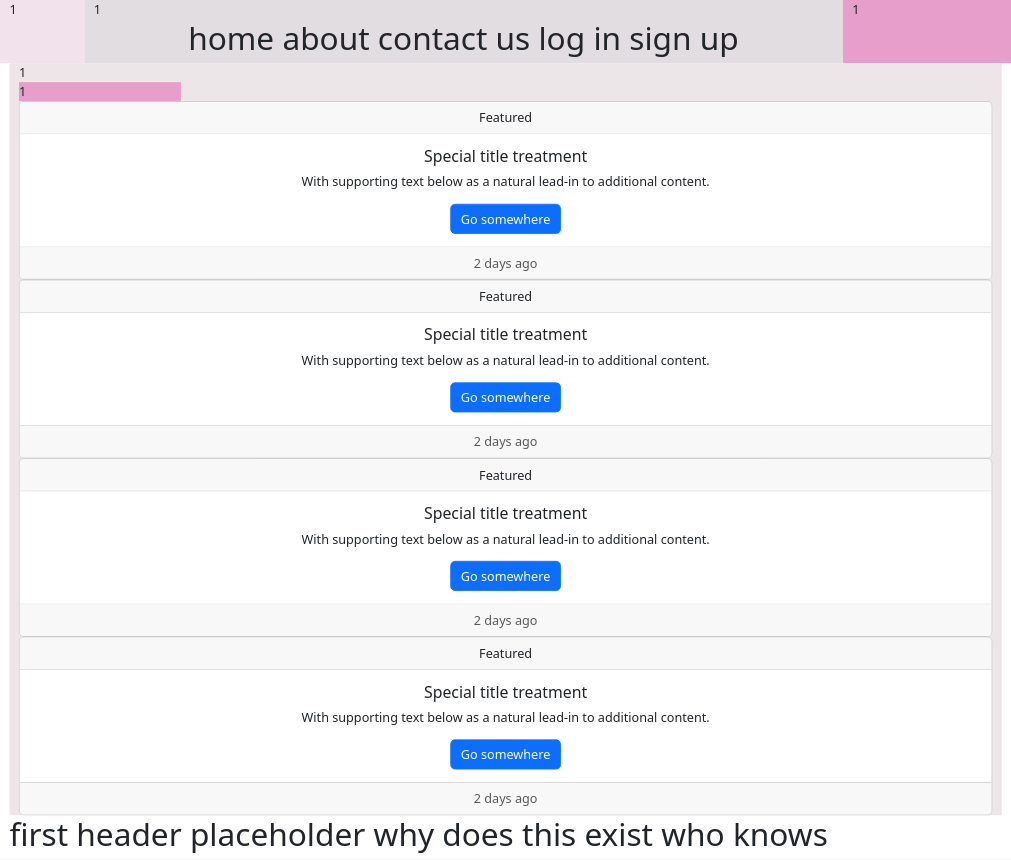
Repository: Treestr/classroom-assistant
Page: templates/homepage.html
The author's editor kept a copy of each file at every save. The page is drawn from the files as they stood at one save, then again after the next save.
The browser window is 1280 px wide. The pictures show the whole page, at 79% of full size.
The template is drawn by Flask 3. The application's start-up code is not run. The template is opened directly, without the code that normally fills it, so the values that code supplies are empty.

Above is the page before, as saved 2024-04-21 20:04:44.

After the next save:
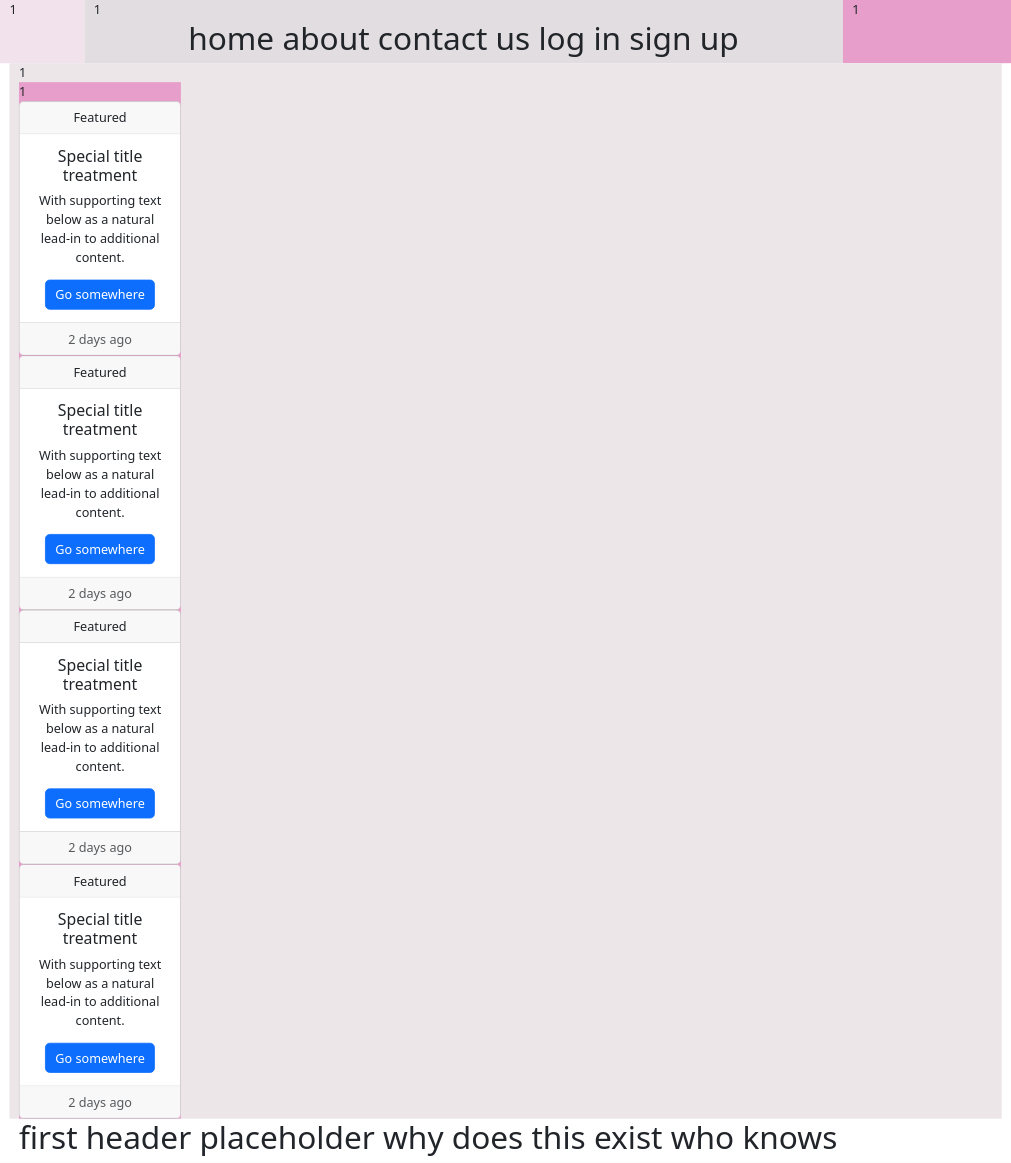
Saved 15 s later.
--- a/templates/homepage.html
+++ b/templates/homepage.html
@@ -26,7 +26,7 @@
       <div class="container-fluid">
     <div class="row">
         <div class="col-12" style="background-color: rgb(236, 230, 233)">1
-            <div class="col-2" style="background-color: rgb(232, 158, 202)">1</div>
+            <div class="col-2" style="background-color: rgb(232, 158, 202)">1
 
 
 
